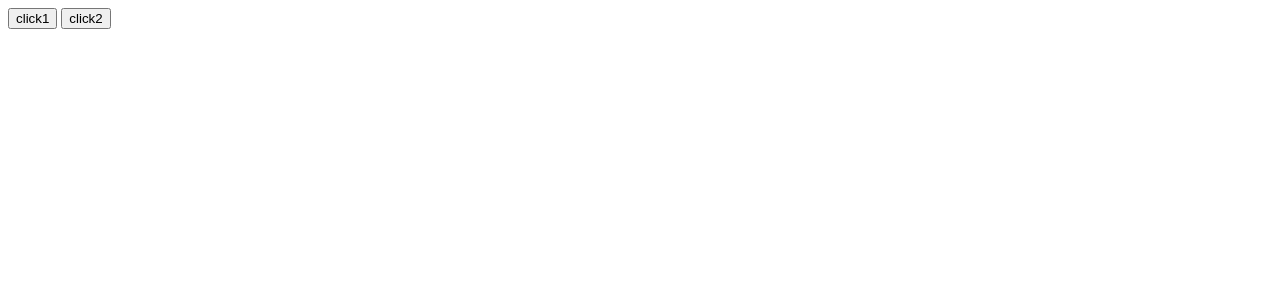
Repository: Jeong43/WebStudy
Page: JsonApp/WebContent/JsonTest05.html
An editor plug-in stored every save of this project. The page is shown before and after the next save, followed by the edit.
The browser window is 1280 px wide. The pictures show the whole page.

Above is the page before, as saved 2021-12-09 01:13:59.

After the next save:
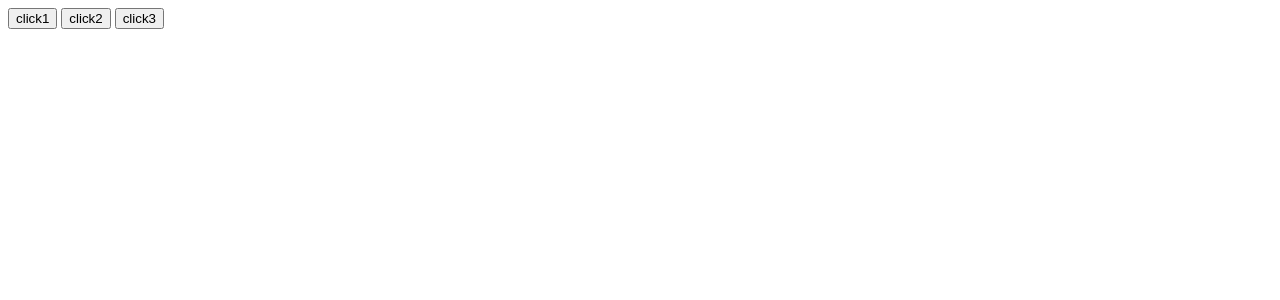
Console error (its wording comes from the project's code and is left out).
Saved 65 s later.
--- a/JsonApp/WebContent/JsonTest05.html
+++ b/JsonApp/WebContent/JsonTest05.html
@@ -26,6 +26,10 @@
 
 	<input type="button" value="click2"
 		onclick="eval('var a=' + myJsonObject5.test); a('bumsuk')" />
+	<!-- Method Test : bumsuk -->
+
+	<input type="button" value="click3"
+		onclick="eval('(' + myJsonObject5.test + ')('bumsuk')" />
 </form>
 
 </body>
